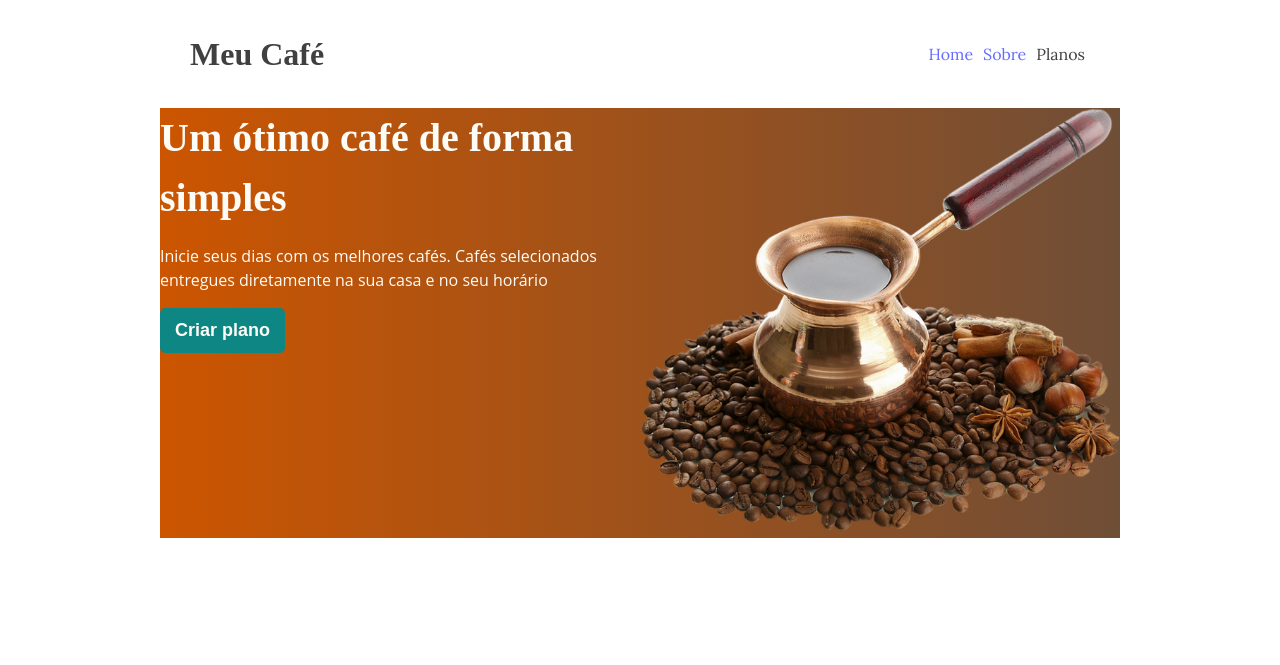
Repository: meiotera/meu_cafe.dev
Page: /
An editor plug-in stored every save of this project. The page is shown before and after the next save, followed by the edit.
The browser window is 1280 px wide. The pictures show the whole page.
The project was rebuilt for these pictures with package versions that can differ from the ones it lists, and the page was loaded fresh each time. Also part of the build but not shown: vite.config.js, src/Pages/AboutUs.jsx, src/Pages/YourPlane.jsx.

Above is the page before, as saved 2025-04-02 18:33:37.

### src/index.css
@import url('https://fonts.googleapis.com/css2?family=Lora:wght@400;700&display=swap');

:root {
  font-family: 'Lora', serif;
  line-height: 1.5;
  font-weight: 400;
  box-sizing: border-box; /* Mantido */

  color: rgba(255, 255, 255, 0.87);

  font-synthesis: none;
  text-rendering: optimizeLegibility;
  -webkit-font-smoothing: antialiased;
  -moz-osx-font-smoothing: grayscale;
}

a {
  font-weight: 500;
  color: #646cff;
  text-decoration: inherit;
}
a:hover {
  color: #535bf2;
}

h1,
h2,
h3 {
  font-family: 'Playfair Display', serif;
  margin: 0; /* Removido o margin */
}

p {
  font-family: 'Open Sans', sans-serif;
}

body {
  width: 960px;
  margin: 0 auto;
}

### src/App.jsx
import React from 'react';
import { BrowserRouter, Routes, Route } from 'react-router-dom';

import Home from './Pages/Home';
import AboutUs from './Pages/AboutUs';
import YourPlane from './Pages/YourPlane';

import Header from './components/Header/Header';
import Main from './components/Main/Main';

function App() {
  return (
    <>
      <BrowserRouter>
        <Header />

        <Main>
          <Routes>
            <Route path="/" element={<Home />} />
            <Route path="/sobre" element={<AboutUs />} />
            <Route path="planos" element={<YourPlane />} />
          </Routes>
        </Main>
      </BrowserRouter>
    </>
  );
}

export default App;

### src/Pages/Home.jsx
import React from 'react';
import Main from '../components/Main/Main';
import Banner from '../components/Banner/Banner';

const Home = () => {
  return (
    <Banner
      titulo={'Um ótimo café de forma simples'}
      imagem={'artesanal'}
      texto={
        'Inicie seus dias com os melhores cafés. Cafés selecionados entregues diretamente na sua casa e no seu horário'
      }
      botao={'Criar plano'}
    />
  );
};

export default Home;

### src/components/Header/Header.jsx
import React from 'react';

import styles from './Header.module.css';
import NavBar from '../NavBar/NavBar';
import Banner from '../Banner/Banner';

const Header = () => {
  return (
    <header className={styles.header}>
      <h1>Meu Café</h1>

      <NavBar />
    </header>
  );
};

export default Header;

### src/components/Main/Main.jsx
import React from 'react';

const Main = ({ children }) => {
  return <main>{children}</main>;
};

export default Main;

### src/components/Banner/Banner.jsx
import React from 'react';

import styles from './Banner.module.css';

const Banner = ({ titulo, texto, imagem, botao }) => {
  return (
    <div className={styles.containerImg}>
      <div className={styles.containerText}>
        <h2>{titulo}</h2>

        <p>{texto}</p>
        {botao && <button className={styles.button}>{botao}</button>}
      </div>

      <div className={styles.img}>
        <img src={`../../img/${imagem}.png`} alt="" />
      </div>
    </div>
  );
};

export default Banner;

### src/components/Header/Header.module.css
.header {
  height: max-content;
  color: rgba(50, 49, 49, 0.93);

  padding: 30px;
  display: flex;
  justify-content: space-between;
  align-items: center;
}

### src/components/NavBar/NavBar.jsx
import React from 'react';
import { NavLink } from 'react-router-dom';

import styles from './NavBar.module.css';

const NavBar = () => {
  return (
    <nav className={styles.navbar}>
      <ul>
        <li>
          <NavLink to={'/'}>Home</NavLink>
        </li>
        <li>
          <NavLink to={'/sobre'}>Sobre</NavLink>
        </li>
        <li>Planos</li>
      </ul>
    </nav>
  );
};
export default NavBar;

### src/components/Banner/Banner.module.css
.containerImg {
  background-image: linear-gradient(to left, #6f4e37, #cc5500);
  display: flex;
  flex-wrap: wrap;
}

.containerText {
  color: #fefcf7;
  flex: 1 1 380px;
}

.containerText h2 {
  font-size: 2.5em;
}

.img {
  flex: 1 1 380px;
}

.img img {
  width: 100%;
}

.button {
  border: none;
  background-color: #0e8784;
  border-radius: 5px;
  padding: 12px 15px;
  color: #fefcf7;
  font-weight: bold;
  font-size: 18px;
  cursor: pointer;
  transition: ease-in-out 0.2s;
}

.button:hover {
  background-color: #189b99;
}

### src/components/NavBar/NavBar.module.css
.navbar li {
  list-style: none;
  padding: 5px;
}

.navbar ul {
  display: flex;
  margin: 0; /* Removido o margin */
  padding: 0; /* Removido o padding */
}

Loaded but not shown: index.html (common file); src/main.jsx (common file)

After the next save:
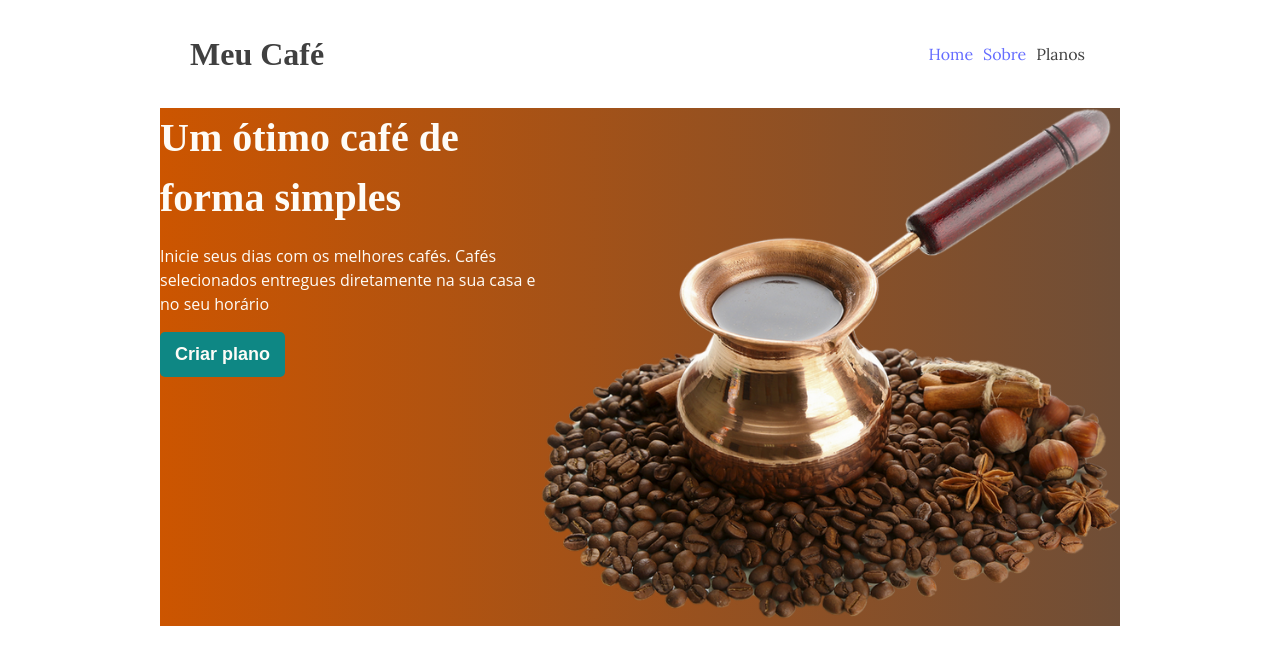
Saved 41 s later.
--- a/src/components/Banner/Banner.module.css
+++ b/src/components/Banner/Banner.module.css
@@ -6,7 +6,8 @@
 
 .containerText {
   color: #fefcf7;
-  flex: 1 1 380px;
+  min-width: 380px;
+  flex: 1 1;
 }
 
 .containerText h2 {

After the 2 saves that followed:
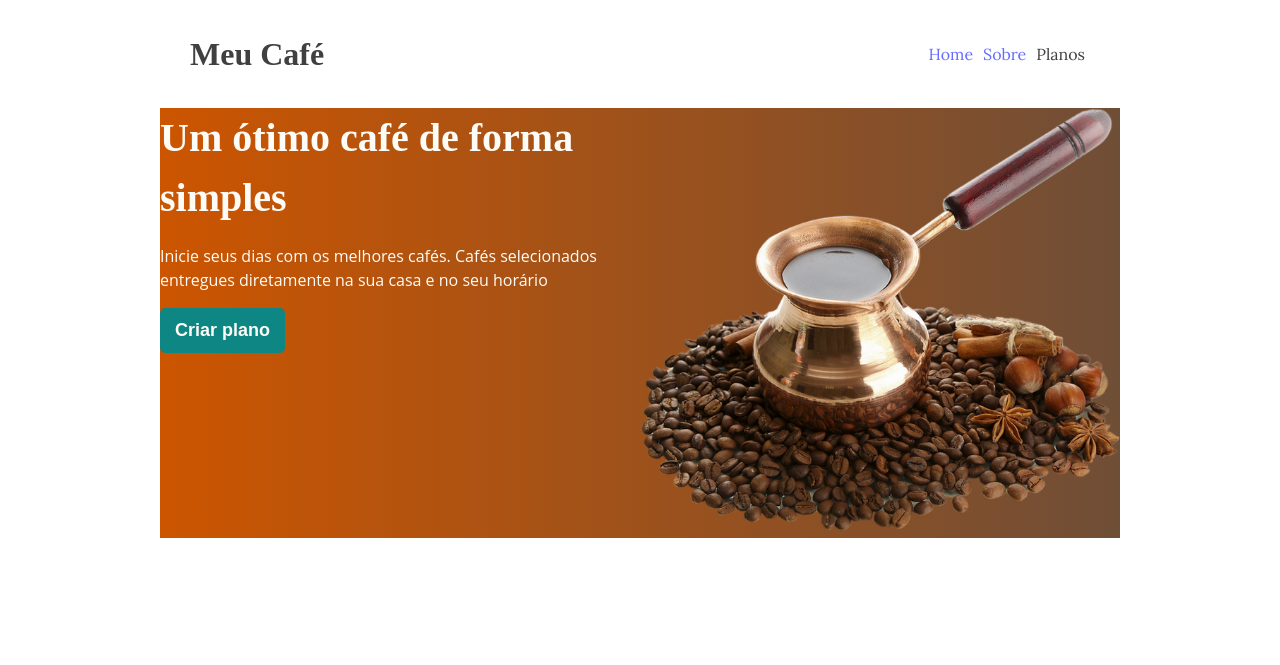
The 2 saves are shown as one change because 1 left the picture as it was.
The last was saved 18 s later.
--- a/src/components/Banner/Banner.module.css
+++ b/src/components/Banner/Banner.module.css
@@ -7,7 +7,7 @@
 .containerText {
   color: #fefcf7;
   min-width: 380px;
-  flex: 1 1;
+  flex: 1;
 }
 
 .containerText h2 {
@@ -15,7 +15,7 @@
 }
 
 .img {
-  flex: 1 1 380px;
+  flex: 1;
 }
 
 .img img {
